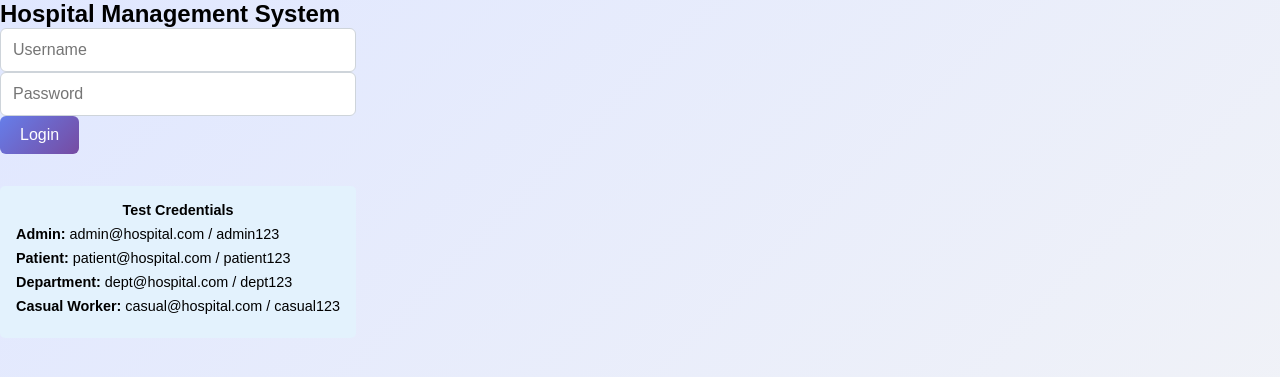
Repository: Ndegwa2/Kenyatta
Page: / (app in hospital-system/frontend/)
These files come from the project's save history. The page is drawn as it stood at one moment and after the next save; the edit follows.
The browser window is 1280 px wide. The pictures show the whole page.
The project was rebuilt for these pictures with package versions that can differ from the ones it lists, and the page was loaded fresh each time. Also part of the build but not shown: hospital-system/frontend/src/components/Navbar.jsx, hospital-system/frontend/src/components/Sidebar.jsx, hospital-system/frontend/src/services/api.js, hospital-system/frontend/src/components/PatientProfile.jsx, hospital-system/frontend/src/components/AppointmentScheduler.jsx, hospital-system/frontend/src/components/AppointmentList.jsx, hospital-system/frontend/src/pages/PatientDashboard.css, hospital-system/frontend/src/pages/PatientDashboard.jsx and 6 more.

Above is the page before, as saved 2025-10-21 20:22:41.

### hospital-system/frontend/public/index.html
<!DOCTYPE html>
<html lang="en">
<head>
    <meta charset="UTF-8">
    <meta name="viewport" content="width=device-width, initial-scale=1.0">
    <title>Hospital Management System</title>
</head>
<body>
    <div id="root"></div>
</body>
</html>

### hospital-system/frontend/src/App.jsx
import React from 'react';
import { BrowserRouter as Router, Routes, Route } from 'react-router-dom';
import './App.css';
import Login from './pages/Login';
import PatientDashboard from './pages/PatientDashboard';
import DepartmentDashboard from './pages/DepartmentDashboard';
import AdminDashboard from './pages/AdminDashboard';
import CasualDashboard from './pages/CasualDashboard';

function App() {
  return (
    <Router future={{
      v7_startTransition: true,
      v7_relativeSplatPath: true
    }}>
      <div className="App">
        <Routes>
          <Route path="/" element={<Login />} />
          <Route path="/patient" element={<PatientDashboard />} />
          <Route path="/department" element={<DepartmentDashboard />} />
          <Route path="/admin" element={<AdminDashboard />} />
          <Route path="/casual" element={<CasualDashboard />} />
          <Route path="*" element={<Login />} />
        </Routes>
      </div>
    </Router>
  );
}

export default App;

### hospital-system/frontend/src/App.css
/* Reset default browser spacing */
* {
  margin: 0;
  padding: 0;
  box-sizing: border-box;
}

/* Full-screen layout */
body {
  font-family: "Poppins", sans-serif;
  background: linear-gradient(135deg, #e0e7ff, #f3f4f6);
  display: flex;
  height: 100vh;
  overflow: hidden;
}

/* Sidebar */
.sidebar {
  flex: 0 0 250px;
  background: rgba(255, 255, 255, 0.35);
  backdrop-filter: blur(15px);
  box-shadow: 2px 0 15px rgba(0, 0, 0, 0.1);
  border-right: 1px solid rgba(255, 255, 255, 0.2);
  padding: 2rem 1rem;
  display: flex;
  flex-direction: column;
  justify-content: flex-start;
}

.sidebar h1 {
  font-size: 1.5rem;
  color: #4f46e5;
  margin-bottom: 2rem;
  line-height: 1.2;
  text-align: center;
}

.sidebar ul {
  list-style: none;
}

.sidebar li {
  margin: 1rem 0;
  font-weight: 500;
  cursor: pointer;
  color: #444;
  transition: 0.3s;
}

.sidebar li:hover {
  color: #4f46e5;
  transform: translateX(5px);
}

/* Main Content Section */
.main-content {
  flex: 1;
  background: linear-gradient(135deg, #eef2ff, #e0e7ff);
  padding: 2rem 3rem;
  overflow-y: auto;
  display: flex;
  flex-direction: column;
}

/* Header */
header {
  display: flex;
  justify-content: space-between;
  align-items: center;
  margin-bottom: 1.5rem;
}

header h2 {
  font-size: 1.8rem;
  color: #111;
}

button.add-btn {
  background: linear-gradient(135deg, #6366f1, #8b5cf6);
  color: white;
  border: none;
  border-radius: 10px;
  padding: 10px 18px;
  font-weight: 600;
  cursor: pointer;
  transition: 0.3s;
}

button.add-btn:hover {
  background: linear-gradient(135deg, #4f46e5, #7c3aed);
  transform: scale(1.05);
}

/* Cards (for worker list) */
.worker-card {
  background: rgba(255, 255, 255, 0.8);
  border-radius: 16px;
  padding: 1.2rem;
  margin-bottom: 1rem;
  box-shadow: 0 6px 20px rgba(0, 0, 0, 0.08);
  border-left: 5px solid #6366f1;
  transition: transform 0.2s ease;
}

.worker-card:hover {
  transform: translateY(-3px);
}

/* Scrollbar aesthetic */
::-webkit-scrollbar {
  width: 8px;
}

::-webkit-scrollbar-thumb {
  background: #a5b4fc;
  border-radius: 10px;
}

::-webkit-scrollbar-thumb:hover {
  background: #818cf8;
}

### hospital-system/frontend/src/pages/Login.jsx
import React, { useState } from 'react';
import { useNavigate } from 'react-router-dom';
import { auth } from '../services/auth';

const Login = () => {
  const [username, setUsername] = useState('');
  const [password, setPassword] = useState('');
  const [loading, setLoading] = useState(false);
  const [error, setError] = useState('');
  const navigate = useNavigate();

  const handleLogin = async (e) => {
    e.preventDefault();

    // Basic validation
    if (!username || !password) {
      setError('Please enter both username and password');
      return;
    }

    setLoading(true);
    setError('');

    try {
      const data = await auth.login(username, password);
      // Redirect based on role
      if (data.role && ['patient', 'department', 'admin', 'casual'].includes(data.role)) {
        navigate(`/${data.role}`);
      } else {
        // Default to admin dashboard if role is not recognized
        navigate('/admin');
      }
    } catch (error) {
      setError(error.message || 'Login failed. Please check your credentials.');
    } finally {
      setLoading(false);
    }
  };

  // Sample credentials for testing
  const sampleCredentials = [
    { role: 'Admin', username: 'admin@hospital.com', password: 'admin123' },
    { role: 'Patient', username: 'patient@hospital.com', password: 'patient123' },
    { role: 'Department', username: 'dept@hospital.com', password: 'dept123' },
    { role: 'Casual Worker', username: 'casual@hospital.com', password: 'casual123' }
  ];

  return (
    <div className="login">
      <h2>Hospital Management System</h2>
      <form onSubmit={handleLogin}>
        <div className="form-group">
          <input
            type="text"
            placeholder="Username"
            value={username}
            onChange={(e) => setUsername(e.target.value)}
            className="form-control"
            disabled={loading}
          />
        </div>
        <div className="form-group">
          <input
            type="password"
            placeholder="Password"
            value={password}
            onChange={(e) => setPassword(e.target.value)}
            className="form-control"
            disabled={loading}
          />
        </div>
        {error && (
          <div style={{ color: '#e74c3c', marginBottom: '1rem', textAlign: 'center' }}>
            {error}
          </div>
        )}
        <button type="submit" className="btn btn-primary" disabled={loading}>
          {loading ? 'Logging in...' : 'Login'}
        </button>
      </form>

      {/* Sample credentials for testing */}
      <div style={{
        marginTop: '2rem',
        padding: '1rem',
        backgroundColor: '#e3f2fd',
        borderRadius: '5px',
        fontSize: '0.9rem'
      }}>
        <h4 style={{ textAlign: 'center', marginBottom: '0.5rem' }}>Test Credentials</h4>
        {sampleCredentials.map((cred, index) => (
          <div key={index} style={{ marginBottom: '0.5rem' }}>
            <strong>{cred.role}:</strong> {cred.username} / {cred.password}
          </div>
        ))}
      </div>
    </div>
  );
};

export default Login;

### hospital-system/frontend/src/components/PatientProfile.css
/* Patient Profile Styles */
.patient-profile {
  max-width: 1200px;
  margin: 0 auto;
  padding: 20px;
}

.profile-header {
  display: flex;
  justify-content: space-between;
  align-items: center;
  margin-bottom: 30px;
  padding-bottom: 20px;
  border-bottom: 2px solid #e9ecef;
}

.profile-header h2 {
  margin: 0;
  color: #333;
  font-size: 2rem;
}

.edit-buttons {
  display: flex;
  gap: 10px;
}

/* Profile Sections */
.profile-section {
  background: white;
  padding: 25px;
  border-radius: 10px;
  box-shadow: 0 2px 8px rgba(0, 0, 0, 0.1);
  margin-bottom: 25px;
}

.profile-section h3 {
  margin-top: 0;
  margin-bottom: 20px;
  color: #495057;
  font-size: 1.3rem;
  padding-bottom: 10px;
  border-bottom: 2px solid #f0f0f0;
}

/* Form Grid */
.form-grid {
  display: grid;
  grid-template-columns: repeat(auto-fit, minmax(300px, 1fr));
  gap: 20px;
}

.form-group {
  display: flex;
  flex-direction: column;
}

.form-group.full-width {
  grid-column: 1 / -1;
}

.form-group label {
  font-weight: 600;
  margin-bottom: 8px;
  color: #495057;
  font-size: 0.95rem;
}

.form-group input,
.form-group select,
.form-group textarea {
  padding: 12px;
  border: 1px solid #ced4da;
  border-radius: 6px;
  font-size: 1rem;
  font-family: inherit;
  transition: border-color 0.2s, box-shadow 0.2s;
}

.form-group input:focus,
.form-group select:focus,
.form-group textarea:focus {
  outline: none;
  border-color: #667eea;
  box-shadow: 0 0 0 3px rgba(102, 126, 234, 0.1);
}

.form-group textarea {
  resize: vertical;
  min-height: 80px;
}

.form-value {
  padding: 12px;
  background-color: #f8f9fa;
  border-radius: 6px;
  color: #495057;
  min-height: 44px;
  display: flex;
  align-items: center;
}

.form-value.blood-type {
  font-weight: 600;
  color: #dc3545;
  background-color: #ffe6e6;
}

/* Buttons */
.btn {
  padding: 10px 20px;
  border: none;
  border-radius: 6px;
  cursor: pointer;
  font-size: 1rem;
  font-weight: 500;
  transition: all 0.2s;
  display: inline-flex;
  align-items: center;
  gap: 8px;
}

.btn-primary {
  background: linear-gradient(135deg, #667eea 0%, #764ba2 100%);
  color: white;
}

.btn-primary:hover {
  transform: translateY(-2px);
  box-shadow: 0 4px 12px rgba(102, 126, 234, 0.4);
}

.btn-success {
  background-color: #28a745;
  color: white;
}

.btn-success:hover {
  background-color: #218838;
  transform: translateY(-2px);
  box-shadow: 0 4px 12px rgba(40, 167, 69, 0.4);
}

.btn-secondary {
  background-color: #6c757d;
  color: white;
}

.btn-secondary:hover {
  background-color: #5a6268;
}

/* Loading and Error States */
.loading,
.error {
  text-align: center;
  padding: 60px 20px;
  font-size: 1.2rem;
  color: #6c757d;
}

.error {
  color: #dc3545;
}

/* Responsive Design */
@media (max-width: 768px) {
  .patient-profile {
    padding: 15px;
  }

  .profile-header {
    flex-direction: column;
    align-items: flex-start;
    gap: 15px;
  }

  .profile-header h2 {
    font-size: 1.5rem;
  }

  .edit-buttons {
    width: 100%;
  }

  .edit-buttons button {
    flex: 1;
  }

  .form-grid {
    grid-template-columns: 1fr;
  }

  .profile-section {
    padding: 20px;
  }

  .profile-section h3 {
    font-size: 1.1rem;
  }
}

/* Print Styles */
@media print {
  .profile-header button,
  .edit-buttons {
    display: none;
  }

  .profile-section {
    box-shadow: none;
    border: 1px solid #dee2e6;
    page-break-inside: avoid;
  }
}

### hospital-system/frontend/src/components/AppointmentScheduler.css
/* Appointment Scheduler Styles */
.appointment-scheduler {
  background: white;
  padding: 25px;
  border-radius: 10px;
  box-shadow: 0 2px 8px rgba(0, 0, 0, 0.1);
  margin-bottom: 20px;
}

.appointment-scheduler h3 {
  margin-top: 0;
  margin-bottom: 20px;
  color: #333;
  font-size: 1.4rem;
  padding-bottom: 10px;
  border-bottom: 2px solid #f0f0f0;
}

.appointment-form {
  display: flex;
  flex-direction: column;
  gap: 20px;
}

.form-row {
  display: grid;
  grid-template-columns: repeat(auto-fit, minmax(250px, 1fr));
  gap: 20px;
}

.form-group {
  display: flex;
  flex-direction: column;
}

.form-group.full-width {
  grid-column: 1 / -1;
}

.form-group label {
  font-weight: 600;
  margin-bottom: 8px;
  color: #495057;
  font-size: 0.95rem;
}

.form-group input,
.form-group select,
.form-group textarea {
  padding: 12px;
  border: 1px solid #ced4da;
  border-radius: 6px;
  font-size: 1rem;
  font-family: inherit;
  transition: border-color 0.2s, box-shadow 0.2s;
}

.form-group input:focus,
.form-group select:focus,
.form-group textarea:focus {
  outline: none;
  border-color: #667eea;
  box-shadow: 0 0 0 3px rgba(102, 126, 234, 0.1);
}

.form-group textarea {
  resize: vertical;
  min-height: 80px;
}

.form-group input:disabled,
.form-group select:disabled {
  background-color: #f8f9fa;
  cursor: not-allowed;
  opacity: 0.6;
}

/* Messages */
.error-message,
.success-message {
  padding: 12px 16px;
  border-radius: 6px;
  margin-bottom: 20px;
  font-weight: 500;
}

.error-message {
  background-color: #f8d7da;
  color: #721c24;
  border: 1px solid #f5c6cb;
}

.success-message {
  background-color: #d4edda;
  color: #155724;
  border: 1px solid #c3e6cb;
}

/* Form Actions */
.form-actions {
  display: flex;
  justify-content: flex-end;
  padding-top: 20px;
  border-top: 1px solid #e9ecef;
}

.btn {
  padding: 12px 24px;
  border: none;
  border-radius: 6px;
  cursor: pointer;
  font-size: 1rem;
  font-weight: 500;
  transition: all 0.2s;
  display: inline-flex;
  align-items: center;
  gap: 8px;
  text-decoration: none;
}

.btn-primary {
  background: linear-gradient(135deg, #667eea 0%, #764ba2 100%);
  color: white;
}

.btn-primary:hover:not(:disabled) {
  transform: translateY(-2px);
  box-shadow: 0 4px 12px rgba(102, 126, 234, 0.4);
}

.btn-primary:disabled {
  opacity: 0.6;
  cursor: not-allowed;
  transform: none;
}

/* Responsive Design */
@media (max-width: 768px) {
  .appointment-scheduler {
    padding: 20px;
  }

  .appointment-scheduler h3 {
    font-size: 1.2rem;
  }

  .form-row {
    grid-template-columns: 1fr;
  }

  .form-actions {
    flex-direction: column;
  }

  .btn {
    width: 100%;
    justify-content: center;
  }
}

/* Loading States */
.appointment-form.submitting {
  opacity: 0.7;
  pointer-events: none;
}

.appointment-form.submitting::after {
  content: '';
  position: absolute;
  top: 0;
  left: 0;
  right: 0;
  bottom: 0;
  background: rgba(255, 255, 255, 0.8);
  display: flex;
  align-items: center;
  justify-content: center;
  z-index: 10;
}

/* Time slot styling */
.form-group select option {
  padding: 8px;
}

/* Priority indicators */
.priority-low { color: #28a745; }
.priority-normal { color: #17a2b8; }
.priority-high { color: #ffc107; }
.priority-urgent { color: #dc3545; }

/* Appointment type styling */
.appointment-type-consultation { background-color: #e3f2fd; }
.appointment-type-follow-up { background-color: #f3e5f5; }
.appointment-type-procedure { background-color: #fff3e0; }
.appointment-type-therapy { background-color: #e8f5e8; }
.appointment-type-check-up { background-color: #fce4ec; }
.appointment-type-emergency { background-color: #ffebee; }
.appointment-type-other { background-color: #fafafa; }

### hospital-system/frontend/src/components/AppointmentList.css
/* Appointment List Styles */
.appointment-list {
  background: white;
  padding: 25px;
  border-radius: 10px;
  box-shadow: 0 2px 8px rgba(0, 0, 0, 0.1);
}

.list-header {
  display: flex;
  justify-content: space-between;
  align-items: center;
  margin-bottom: 25px;
  padding-bottom: 15px;
  border-bottom: 2px solid #e9ecef;
}

.list-header h3 {
  margin: 0;
  color: #333;
  font-size: 1.4rem;
}

.filters {
  display: flex;
  gap: 10px;
  align-items: center;
}

.filters select,
.filters input {
  padding: 8px 12px;
  border: 1px solid #ced4da;
  border-radius: 6px;
  font-size: 0.9rem;
}

/* Appointments Grid */
.appointments-grid {
  display: grid;
  grid-template-columns: repeat(auto-fill, minmax(400px, 1fr));
  gap: 20px;
}

.appointment-card {
  border: 1px solid #e9ecef;
  border-radius: 8px;
  padding: 20px;
  background: #fff;
  transition: box-shadow 0.2s, transform 0.2s;
}

.appointment-card:hover {
  box-shadow: 0 4px 12px rgba(0, 0, 0, 0.1);
  transform: translateY(-2px);
}

/* Appointment Header */
.appointment-header {
  display: flex;
  justify-content: space-between;
  align-items: center;
  margin-bottom: 15px;
}

.type-badge {
  padding: 4px 12px;
  border-radius: 20px;
  font-size: 0.8rem;
  font-weight: 600;
  text-transform: uppercase;
  letter-spacing: 0.5px;
}

.status-badge {
  padding: 4px 12px;
  border-radius: 20px;
  color: white;
  font-size: 0.8rem;
  font-weight: 600;
  text-transform: uppercase;
  letter-spacing: 0.5px;
}

/* Type badge colors */
.type-consultation { background-color: #e3f2fd; color: #1976d2; }
.type-follow-up { background-color: #f3e5f5; color: #7b1fa2; }
.type-procedure { background-color: #fff3e0; color: #f57c00; }
.type-therapy { background-color: #e8f5e8; color: #388e3c; }
.type-check-up { background-color: #fce4ec; color: #c2185b; }
.type-emergency { background-color: #ffebee; color: #d32f2f; }
.type-other { background-color: #f5f5f5; color: #616161; }

/* Appointment Details */
.appointment-details {
  margin-bottom: 15px;
}

.detail-row {
  margin-bottom: 8px;
  font-size: 0.95rem;
  line-height: 1.4;
}

.detail-row strong {
  color: #495057;
  margin-right: 8px;
  min-width: 100px;
  display: inline-block;
}

/* Appointment Actions */
.appointment-actions {
  display: flex;
  flex-wrap: wrap;
  gap: 8px;
  padding-top: 15px;
  border-top: 1px solid #e9ecef;
}

.btn {
  padding: 6px 12px;
  border: none;
  border-radius: 4px;
  cursor: pointer;
  font-size: 0.85rem;
  font-weight: 500;
  transition: all 0.2s;
  text-decoration: none;
  display: inline-flex;
  align-items: center;
  gap: 4px;
}

.btn-sm {
  padding: 4px 8px;
  font-size: 0.8rem;
}

.btn-success {
  background-color: #28a745;
  color: white;
}

.btn-success:hover {
  background-color: #218838;
  transform: translateY(-1px);
}

.btn-warning {
  background-color: #ffc107;
  color: #212529;
}

.btn-warning:hover {
  background-color: #e0a800;
  transform: translateY(-1px);
}

.btn-danger {
  background-color: #dc3545;
  color: white;
}

.btn-danger:hover {
  background-color: #c82333;
  transform: translateY(-1px);
}

.btn-secondary {
  background-color: #6c757d;
  color: white;
}

.btn-secondary:hover {
  background-color: #5a6268;
  transform: translateY(-1px);
}

/* Loading and Error States */
.loading,
.error-message,
.no-appointments {
  text-align: center;
  padding: 40px 20px;
  font-size: 1.1rem;
  color: #6c757d;
}

.error-message {
  color: #dc3545;
  background-color: #f8d7da;
  border: 1px solid #f5c6cb;
  border-radius: 6px;
}

.no-appointments p {
  margin: 0;
  font-style: italic;
}

/* Responsive Design */
@media (max-width: 768px) {
  .appointment-list {
    padding: 20px;
  }

  .list-header {
    flex-direction: column;
    align-items: flex-start;
    gap: 15px;
  }

  .filters {
    width: 100%;
    justify-content: space-between;
  }

  .appointments-grid {
    grid-template-columns: 1fr;
  }

  .appointment-card {
    padding: 15px;
  }

  .appointment-header {
    flex-direction: column;
    align-items: flex-start;
    gap: 10px;
  }

  .appointment-actions {
    justify-content: center;
  }

  .btn {
    flex: 1;
    justify-content: center;
    min-width: 80px;
  }
}

@media (max-width: 480px) {
  .filters {
    flex-direction: column;
    align-items: stretch;
  }

  .filters select,
  .filters input {
    width: 100%;
  }

  .appointment-actions {
    flex-direction: column;
  }

  .btn {
    width: 100%;
  }
}

/* Print Styles */
@media print {
  .appointment-list {
    box-shadow: none;
    border: 1px solid #dee2e6;
  }

  .list-header {
    break-after: avoid;
  }

  .appointment-card {
    break-inside: avoid;
    border: 1px solid #dee2e6;
    margin-bottom: 15px;
  }

  .appointment-actions {
    display: none;
  }

  .filters {
    display: none;
  }
}

### hospital-system/frontend/src/components/TicketDetails.css
/* Ticket Details Modal Overlay */
.ticket-details-overlay {
  position: fixed;
  top: 0;
  left: 0;
  right: 0;
  bottom: 0;
  background-color: rgba(0, 0, 0, 0.7);
  display: flex;
  justify-content: center;
  align-items: center;
  z-index: 1000;
  padding: 20px;
}

.ticket-details-modal {
  background: white;
  border-radius: 12px;
  width: 100%;
  max-width: 900px;
  max-height: 90vh;
  overflow-y: auto;
  box-shadow: 0 10px 40px rgba(0, 0, 0, 0.3);
}

/* Modal Header */
.modal-header {
  display: flex;
  justify-content: space-between;
  align-items: center;
  padding: 20px 30px;
  border-bottom: 2px solid #e9ecef;
  background: linear-gradient(135deg, #667eea 0%, #764ba2 100%);
  color: white;
  border-radius: 12px 12px 0 0;
}

.modal-header h2 {
  margin: 0;
  font-size: 1.5rem;
}

.close-btn {
  background: none;
  border: none;
  font-size: 2rem;
  color: white;
  cursor: pointer;
  padding: 0;
  width: 40px;
  height: 40px;
  display: flex;
  align-items: center;
  justify-content: center;
  border-radius: 50%;
  transition: background-color 0.2s;
}

.close-btn:hover {
  background-color: rgba(255, 255, 255, 0.2);
}

/* Modal Body */
.modal-body {
  padding: 30px;
}

/* Ticket Information Section */
.ticket-info-section {
  background: #f8f9fa;
  padding: 20px;
  border-radius: 8px;
  margin-bottom: 25px;
}

.info-row {
  display: flex;
  padding: 10px 0;
  border-bottom: 1px solid #dee2e6;
}

.info-row:last-child {
  border-bottom: none;
}

.info-row .label {
  font-weight: 600;
  color: #495057;
  min-width: 150px;
}

.info-row .value {
  color: #212529;
  flex: 1;
}

.badge {
  display: inline-block;
  padding: 4px 12px;
  border-radius: 12px;
  font-size: 0.85rem;
  font-weight: 500;
}

.badge-info {
  background-color: #17a2b8;
  color: white;
}

/* Controls Section */
.controls-section {
  margin-bottom: 25px;
}

.control-group {
  margin-bottom: 20px;
}

.control-group label {
  display: block;
  font-weight: 600;
  margin-bottom: 10px;
  color: #495057;
}

.status-buttons,
.priority-buttons {
  display: flex;
  gap: 10px;
  flex-wrap: wrap;
}

.status-btn,
.priority-btn {
  padding: 8px 20px;
  border: 2px solid #dee2e6;
  border-radius: 6px;
  cursor: pointer;
  font-weight: 500;
  transition: all 0.2s;
  color: #495057;
}

.status-btn.active,
.priority-btn.active {
  color: white;
  border-color: transparent;
  transform: scale(1.05);
}

.status-btn:hover,
.priority-btn:hover {
  transform: scale(1.05);
  box-shadow: 0 2px 8px rgba(0, 0, 0, 0.15);
}

/* Comments Section */
.comments-section {
  margin-bottom: 25px;
  padding: 20px;
  background: #f8f9fa;
  border-radius: 8px;
}

.comments-section h3 {
  margin-top: 0;
  margin-bottom: 15px;
  color: #495057;
}

.comments-list {
  max-height: 300px;
  overflow-y: auto;
  margin-bottom: 15px;
}

.no-comments {
  text-align: center;
  color: #6c757d;
  padding: 20px;
  font-style: italic;
}

.comment {
  background: white;
  padding: 15px;
  border-radius: 6px;
  margin-bottom: 10px;
  border-left: 3px solid #667eea;
}

.comment-header {
  display: flex;
  justify-content: space-between;
  margin-bottom: 8px;
}

.comment-header strong {
  color: #667eea;
}

.comment-date {
  font-size: 0.85rem;
  color: #6c757d;
}

.comment-body {
  color: #495057;
  line-height: 1.5;
}

.comment-form {
  display: flex;
  flex-direction: column;
  gap: 10px;
}

.comment-form textarea {
  width: 100%;
  padding: 12px;
  border: 1px solid #ced4da;
  border-radius: 6px;
  font-family: inherit;
  resize: vertical;
}

.comment-form textarea:focus {
  outline: none;
  border-color: #667eea;
  box-shadow: 0 0 0 3px rgba(102, 126, 234, 0.1);
}

/* Attachments Section */
.attachments-section {
  padding: 20px;
  background: #f8f9fa;
  border-radius: 8px;
}

.attachments-section h3 {
  margin-top: 0;
  margin-bottom: 15px;
  color: #495057;
}

.attachments-list {
  margin-bottom: 15px;
}

.no-attachments {
  text-align: center;
  color: #6c757d;
  padding: 20px;
  font-style: italic;
}

.attachment {
  display: flex;
  align-items: center;
  background: white;
  padding: 12px;
  border-radius: 6px;
  margin-bottom: 10px;
  border: 1px solid #dee2e6;
}

.attachment-icon {
  font-size: 1.5rem;
  margin-right: 12px;
}

.attachment-info {
  flex: 1;
}

.attachment-name {
  font-weight: 500;
  color: #495057;
  margin-bottom: 4px;
}

.attachment-meta {
  font-size: 0.85rem;
  color: #6c757d;
}

.upload-form {
  margin-top: 15px;
}

.upload-form input[type="file"] {
  display: block;
  width: 100%;
  padding: 10px;
  border: 2px dashed #ced4da;
  border-radius: 6px;
  cursor: pointer;
  background: white;
}

.upload-form input[type="file"]:hover {
  border-color: #667eea;
}

.selected-file {
  display: flex;
  justify-content: space-between;
  align-items: center;
  margin-top: 10px;
  padding: 10px;
  background: white;
  border-radius: 6px;
  border: 1px solid #dee2e6;
}

.selected-file span {
  color: #495057;
}

/* Buttons */
.btn {
  padding: 10px 20px;
  border: none;
  border-radius: 6px;
  cursor: pointer;
  font-size: 1rem;
  font-weight: 500;
  transition: all 0.2s;
}

.btn-primary {
  background: linear-gradient(135deg, #667eea 0%, #764ba2 100%);
  color: white;
}

.btn-primary:hover {
  transform: translateY(-2px);
  box-shadow: 0 4px 12px rgba(102, 126, 234, 0.4);
}

.btn-primary:disabled {
  opacity: 0.6;
  cursor: not-allowed;
  transform: none;
}

.btn-secondary {
  background-color: #6c757d;
  color: white;
}

.btn-secondary:hover {
  background-color: #5a6268;
}

.btn-sm {
  padding: 6px 12px;
  font-size: 0.875rem;
}

/* Loading and Error States */
.loading,
.error {
  text-align: center;
  padding: 40px;
  font-size: 1.1rem;
  color: #6c757d;
}

.error {
  color: #dc3545;
}

/* Scrollbar Styling */
.comments-list::-webkit-scrollbar,
.ticket-details-modal::-webkit-scrollbar {
  width: 8px;
}

.comments-list::-webkit-scrollbar-track,
.ticket-details-modal::-webkit-scrollbar-track {
  background: #f1f1f1;
  border-radius: 4px;
}

.comments-list::-webkit-scrollbar-thumb,
.ticket-details-modal::-webkit-scrollbar-thumb {
  background: #888;
  border-radius: 4px;
}

.comments-list::-webkit-scrollbar-thumb:hover,
.ticket-details-modal::-webkit-scrollbar-thumb:hover {
  background: #555;
}

/* Responsive Design */
@media (max-width: 768px) {
  .ticket-details-modal {
    max-width: 100%;
    margin: 10px;
  }

  .modal-header {
    padding: 15px 20px;
  }

  .modal-body {
    padding: 20px;
  }

  .info-row {
    flex-direction: column;
  }

  .info-row .label {
    min-width: auto;
    margin-bottom: 5px;
  }

  .status-buttons,
  .priority-buttons {
    flex-direction: column;
  }

  .status-btn,
  .priority-btn {
    width: 100%;
  }
}

Loaded but not shown: hospital-system/frontend/src/index.js (common file); hospital-system/frontend/src/services/auth.js (57 lines, source omitted)

After the next save:
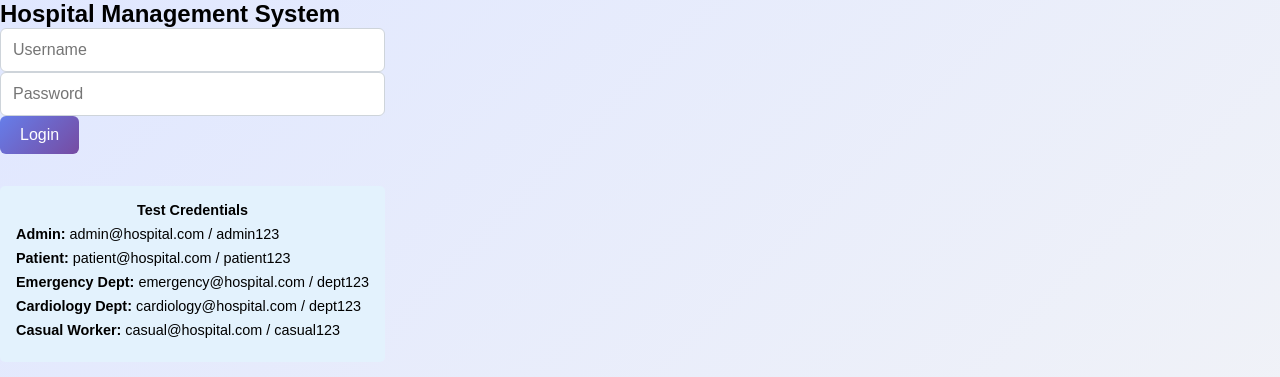
Saved 2 min 52 s later.
--- a/hospital-system/frontend/src/pages/Login.jsx
+++ b/hospital-system/frontend/src/pages/Login.jsx
@@ -41,7 +41,8 @@ const Login = () => {
   const sampleCredentials = [
     { role: 'Admin', username: 'admin@hospital.com', password: 'admin123' },
     { role: 'Patient', username: 'patient@hospital.com', password: 'patient123' },
-    { role: 'Department', username: 'dept@hospital.com', password: 'dept123' },
+    { role: 'Emergency Dept', username: 'emergency@hospital.com', password: 'dept123' },
+    { role: 'Cardiology Dept', username: 'cardiology@hospital.com', password: 'dept123' },
     { role: 'Casual Worker', username: 'casual@hospital.com', password: 'casual123' }
   ];
 
